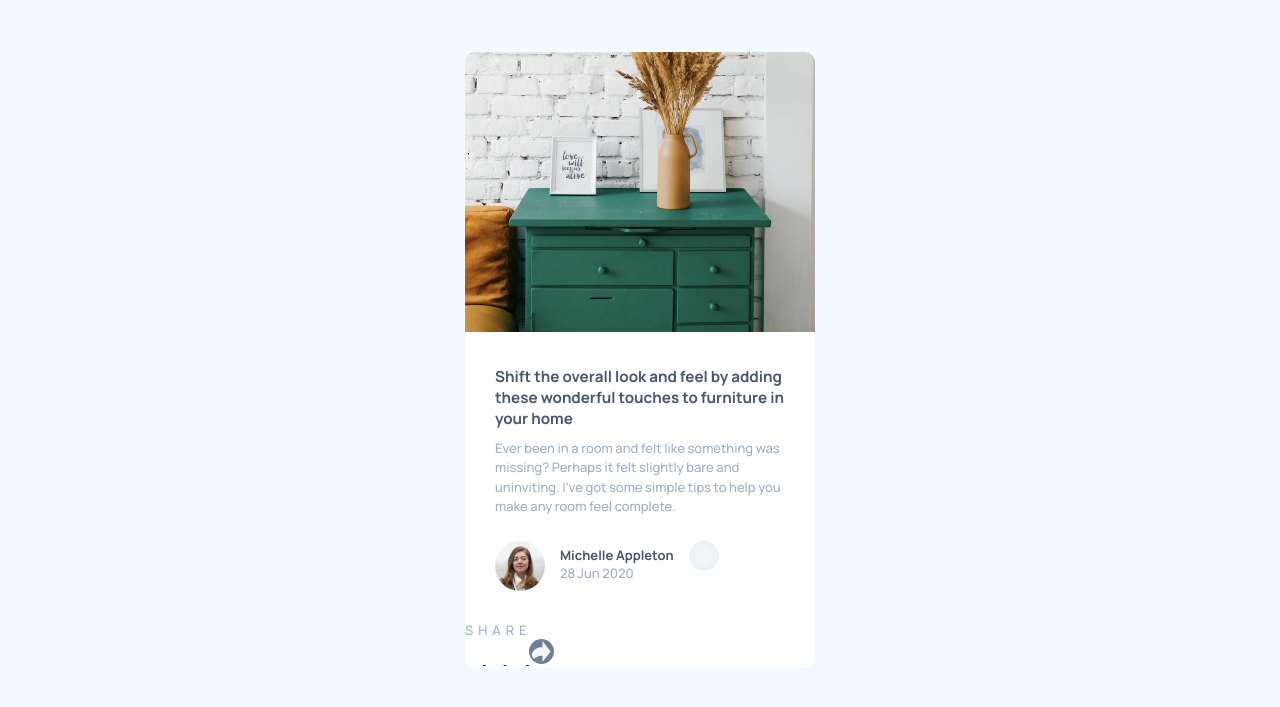
Repository: ellenliao95/frontend-mentor-solution
Page: article-preview-component-master/index.html
The author's editor kept a copy of each file at every save. The page is drawn from the files as they stood at one save, then again after the next save.
The browser window is 1280 px wide. The pictures show the whole page.

Above is the page before, as saved 2023-03-21 10:27:04.

### article-preview-component-master/index.html
<!DOCTYPE html>
<html lang="en">
<head>
  <meta charset="UTF-8">
  <meta name="viewport" content="width=device-width, initial-scale=1.0"> <!-- displays site properly based on user's device -->

<!-- fonts style -->
  <link rel="preconnect" href="https://fonts.googleapis.com">
  <link rel="preconnect" href="https://fonts.gstatic.com" crossorigin>
  <link href="https://fonts.googleapis.com/css2?family=Manrope:wght@500;700&display=swap" rel="stylesheet">

  <link rel="icon" type="image/png" sizes="32x32" href="./images/favicon-32x32.png">

  <title>Frontend Mentor | Article preview component</title>

  <link rel="stylesheet" href="index.css">
</head>
<body>
  <div class="all-container">
    <article>
      <picture>
        <source media="(min-width: 375px)" srcset="images/drawers.jpg">
        <img src="images/drawers.jpg" alt="" class="drawers-img">
      </picture>
    </article>

    <article class="container">
      <div>
        <h3>
          Shift the overall look and feel by adding these wonderful
          touches to furniture in your home
        </h3>
        <p>
          Ever been in a room and felt like something was missing? Perhaps it felt slightly bare and uninviting. I’ve got some simple tips to help you make any room feel complete.
        </p>
      </div>

      <div class="head-card">
        <img src="images/avatar-michelle.jpg" alt="me" class="head-img">
        <ul class="head-text">
          <li id="name">Michelle Appleton</li>
          <li>28 Jun 2020</li>
        </ul>
        <img
        src="images/icon-share.svg" alt="icon share" class="share"
      >
      </div>
    </article>
    <div class="share-dtl">
      <p>SHARE</p>
      <a href="#">
        <img src="images/icon-facebook.svg" alt="icon facebook ">
      </a>
      <a href="#">
        <img src="images/icon-twitter.svg" alt="icon twitter">
      </a>
      <a href="#">
        <img src="images/icon-pinterest.svg" alt="icon-pinterest">
      </a>
      <img
        src="images/icon-share.svg" alt="icon share" class="share-icon"
      >
    </div>
</div>
</body>
</html>

### article-preview-component-master/index.css
.attribution {
    font-size: 11px; text-align: center;
}
.attribution a {
    color: hsl(228, 45%, 44%);
}

*{
    box-sizing: border-box;
    margin: 0%;
    padding: 0%;

}
body{
    min-height: 100vh;
    background: rgba(235, 248, 252, 0.625);
    Font-size: 13px;
    font-family: 'Manrope', sans-serif;
    width: 350px;
    align-items: center;
    margin: 0 auto;
    display: grid;
    place-content: center;

}
ul{
    list-style: none;
}
h3, #name{
    color: hsl(217, 19%, 35%);
    font-weight: 700;
}
p, li{
    color: hsl(212, 23%, 69%);
    font-weight: 500;
}
.all-container{
    background-color: white;
    border-radius: 10px;
}
.drawers-img{
    max-width: 100%;
    border-top-right-radius: 10px;
    border-top-left-radius:
    10px;
}
.container{
    background-color: white;
    padding: 30px 30px;
}
.container p{
    margin: 10px 0 25px 0;
    line-height: 1.2rem;
    font-weight: 500;
}

/* head care */
.head-card{
    display: flex;
}
.head-img{
    border-radius: 50%;
    width: 50px;
    height: 50px;
}
.head-text{
    margin: 5px 15px;
}
.share{
    background-color: hsl(210, 46%, 95%);
    width: 30px;
    height: 30px;
    padding: 4px;
    border-radius: 50%;

}
.share-icon{
 width: 25px;
 height: 25px;
 background: hsl(214, 17%, 51%);
 padding: 2px;
 border-radius: 50%;
 /*
 Q:
 padding 是往內推，造成箭頭空間壓縮甚至壓到看不見。
 該怎麼把箭頭懸浮在背景上面，互不影響？
 */
}
.share-dtl:hover{
    background-color: hsl(217, 19%, 35%);
    display: flex;
    justify-content: space-around;
    padding: 20px;
    border-bottom-right-radius: 10px;
    border-bottom-left-radius: 10px;

}
.share-dtl p{
    letter-spacing: 5px;
}

### article-preview-component-master/images/icon-share.svg
<svg xmlns="http://www.w3.org/2000/svg" width="16" height="13"><path fill="whitesmoke" d="M15 6.495L8.766.014V3.88H7.441C3.33 3.88 0 7.039 0 10.936v2.049l.589-.612C2.59 10.294 5.422 9.11 8.39 9.11h.375v3.867L15 6.495z"/></svg>

After the next save:
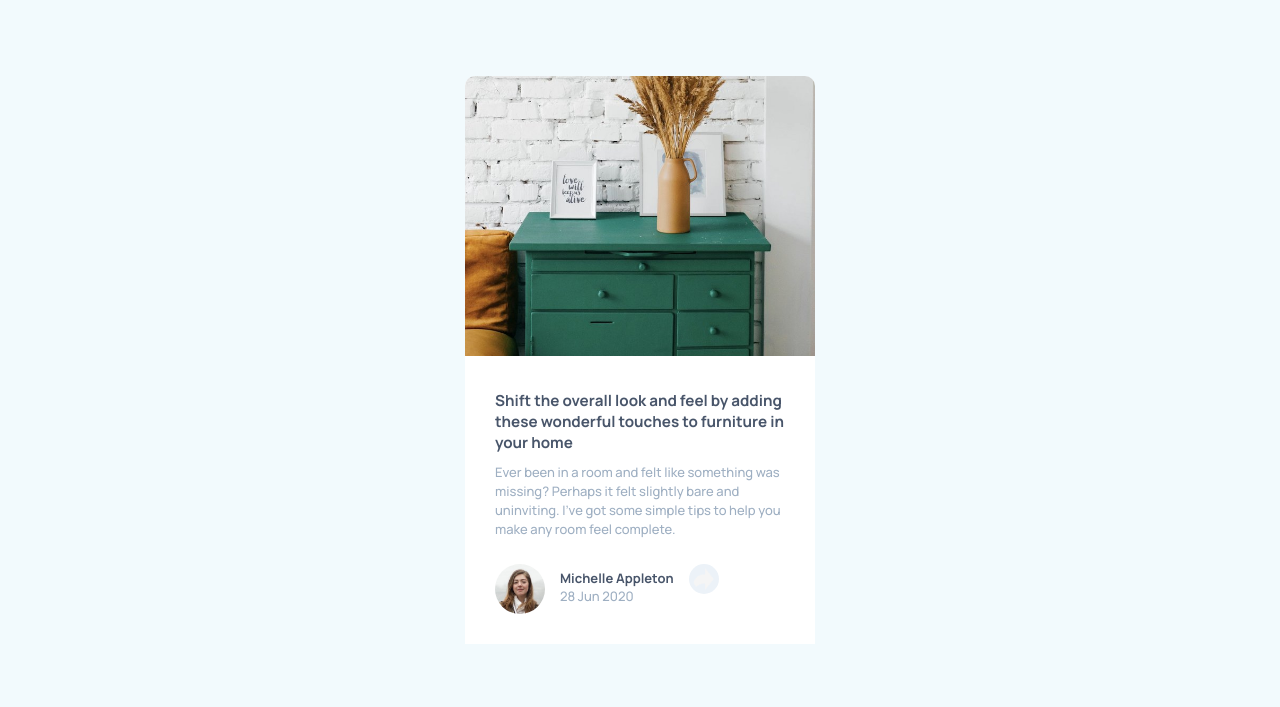
Saved 26 s later.
--- a/article-preview-component-master/index.html
+++ b/article-preview-component-master/index.html
@@ -46,7 +46,7 @@
       >
       </div>
     </article>
-    <div class="share-dtl">
+    <!-- <div class="share-dtl">
       <p>SHARE</p>
       <a href="#">
         <img src="images/icon-facebook.svg" alt="icon facebook ">
@@ -60,7 +60,7 @@
       <img
         src="images/icon-share.svg" alt="icon share" class="share-icon"
       >
-    </div>
+    </div> -->
 </div>
 </body>
 </html>

After the save that followed:
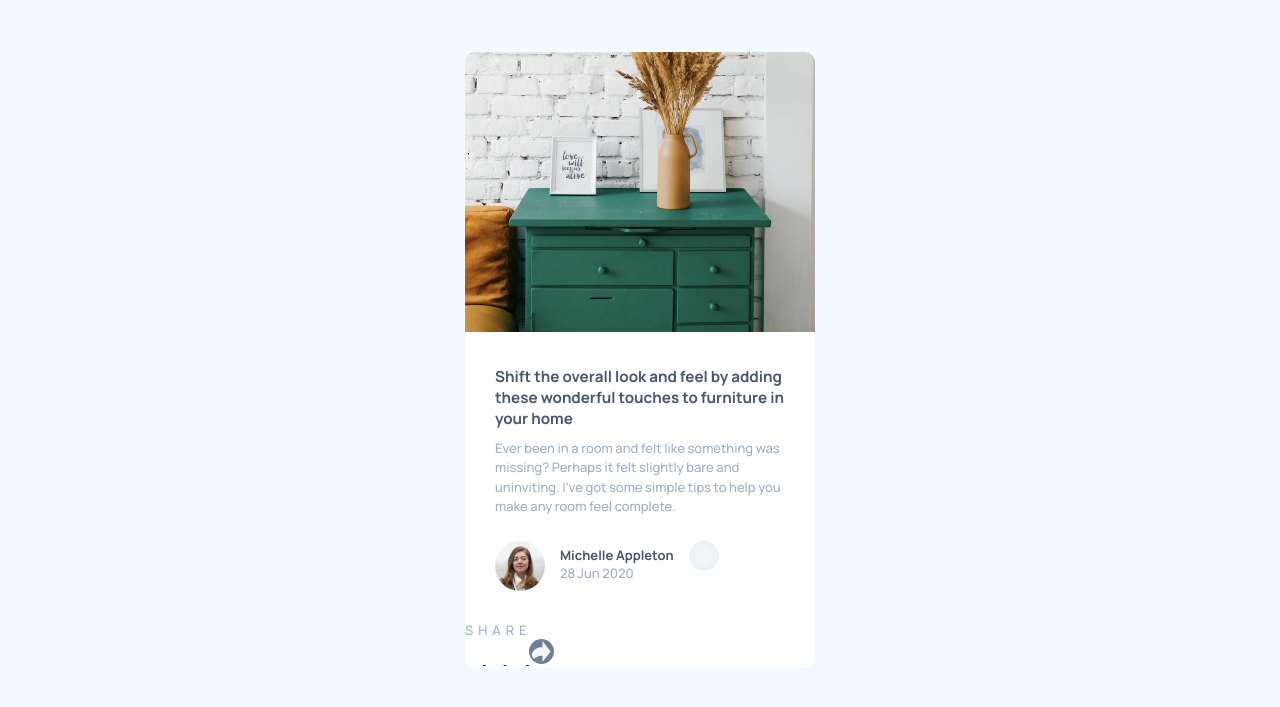
Saved 4 s later.
--- a/article-preview-component-master/index.html
+++ b/article-preview-component-master/index.html
@@ -46,7 +46,7 @@
       >
       </div>
     </article>
-    <!-- <div class="share-dtl">
+    <div class="share-dtl">
       <p>SHARE</p>
       <a href="#">
         <img src="images/icon-facebook.svg" alt="icon facebook ">
@@ -60,7 +60,7 @@
       <img
         src="images/icon-share.svg" alt="icon share" class="share-icon"
       >
-    </div> -->
+    </div>
 </div>
 </body>
 </html>
